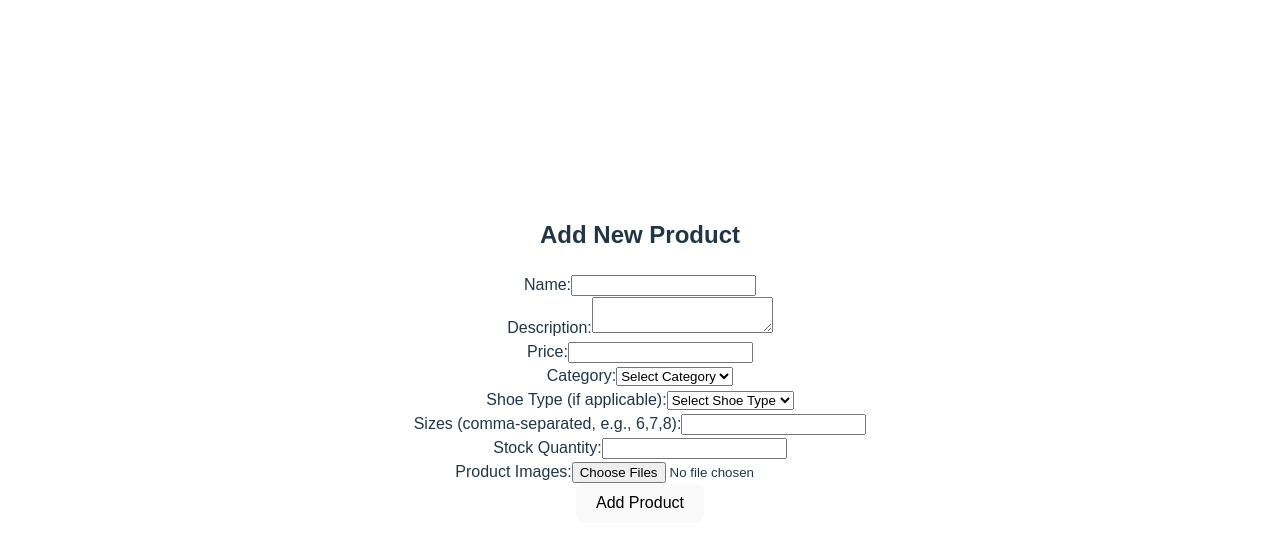
Repository: EphrahimLaanyu123/fashi_onfeet
Page: /add
An editor plug-in stored every save of this project. The page is shown before and after the next save, followed by the edit.
The browser window is 1280 px wide. The pictures show the whole page.
The page's requests for data from a server got no answer. The project was rebuilt for these pictures with package versions that can differ from the ones it lists, and the page was loaded fresh each time. No one was signed in, and anything a server would have sent is missing. Also part of the build but not shown: vite.config.js, src/Home/Home.jsx, src/Home/components/Products.css, src/Home/components/Products.jsx, src/Shop/ShopProducts.jsx, src/Shop/Shop.jsx.

Above is the page before, as saved 2025-04-18 10:09:45.

After the next save:
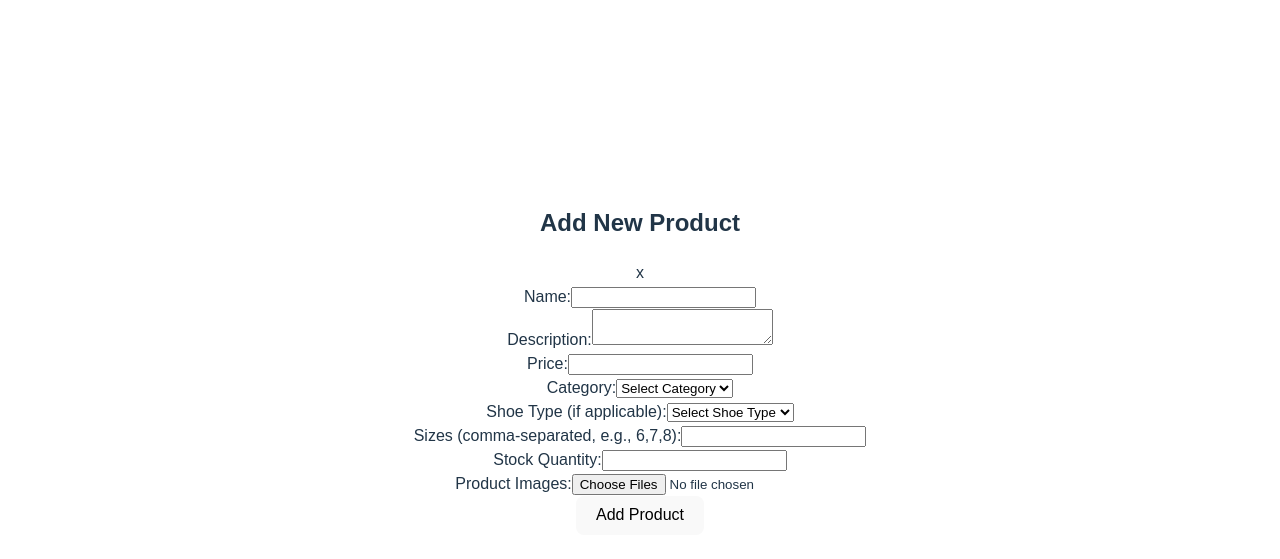
Saved 2 min 24 s later.
--- a/src/Shop/components/AddProductForm.jsx
+++ b/src/Shop/components/AddProductForm.jsx
@@ -162,7 +162,7 @@ function AddProductForm() {
 
       {uploadError && (
         <p style={{ color: 'orange' }}>Warning: {uploadError}</p>
-      )}
+      )}x
 
       <div>
         <label htmlFor="name">Name:</label>
